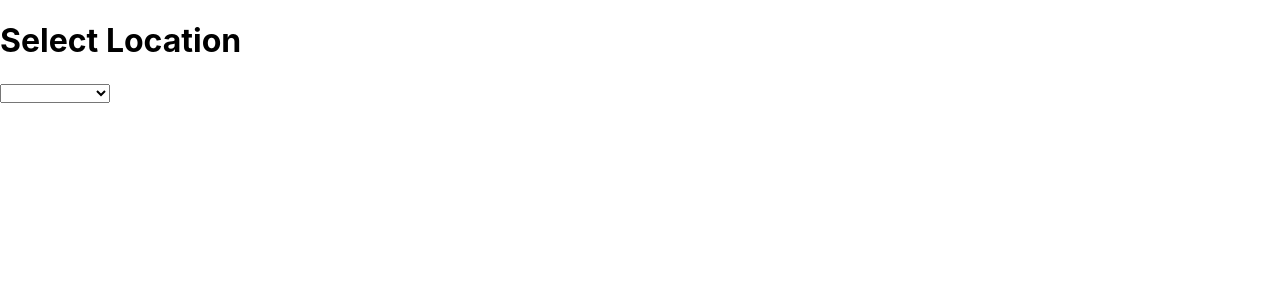
Repository: rajratangm/xstate
Page: /
An editor plug-in stored every save of this project. The page is shown before and after a run of saves, followed by the edit.
The browser window is 1280 px wide. The pictures show the whole page.
The page's requests for data from a server got no answer. The project was rebuilt for these pictures with package versions that can differ from the ones it lists, and the page was loaded fresh each time. No one was signed in, and anything a server would have sent is missing. Also part of the build but not shown: src/App.css.

Above is the page before, as saved 2024-04-03 15:01:59.

### src/App.js
import './App.css';
import { useEffect, useState } from 'react';

function App() {
  const [countries, setCountries]= useState([]);
  const [selectedCountry, setSelectedCountry]= useState([])

  const getCountriesData= async ()=>{
    try{
      const data = await fetch('https://crio-location-selector.onrender.com/countries')
      const res = await data.json();
      setCountries(res)
    }
    catch(e){
      console.log(e)

    }
  }

  const handleCountryChange=(e)=>{
    console.log(e.target.value)
    setSelectedCountry(e.target.value)

  }

  useEffect(()=>{
    getCountriesData()
  })
  return (
    <>
      <h1>Select Location</h1>
      <div>
        <select onChange={handleCountryChange}>
          <option value='Select Country' disabled>Select Country</option>
          {
            countries.map((item)=>{
              return <option value={item}>{item}</option>
            })
          }

        </select>
      </div>

    </>
  );
}

export default App;

Loaded but not shown: public/index.html (common file); src/index.js (common file); src/index.css (common file); src/reportWebVitals.js (common file)

After the next 2 saves:
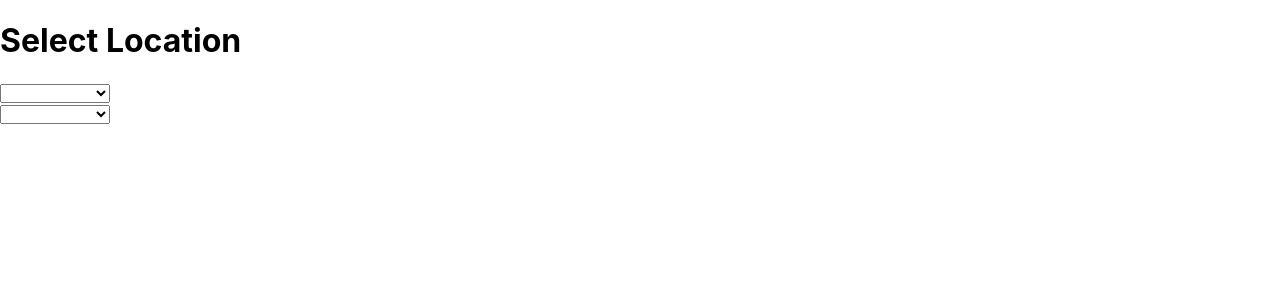
The 2 saves are shown as one change because they came seconds apart.
The last was saved 21 s later.
--- a/src/App.js
+++ b/src/App.js
@@ -41,6 +41,18 @@ function App() {
         </select>
       </div>
 
+      <div>
+        <select onChange={handleCountryChange}>
+          <option value='Select Country' disabled>Select Country</option>
+          {
+            countries.map((item)=>{
+              return <option value={item}>{item}</option>
+            })
+          }
+
+        </select>
+      </div>
+
     </>
   );
 }
